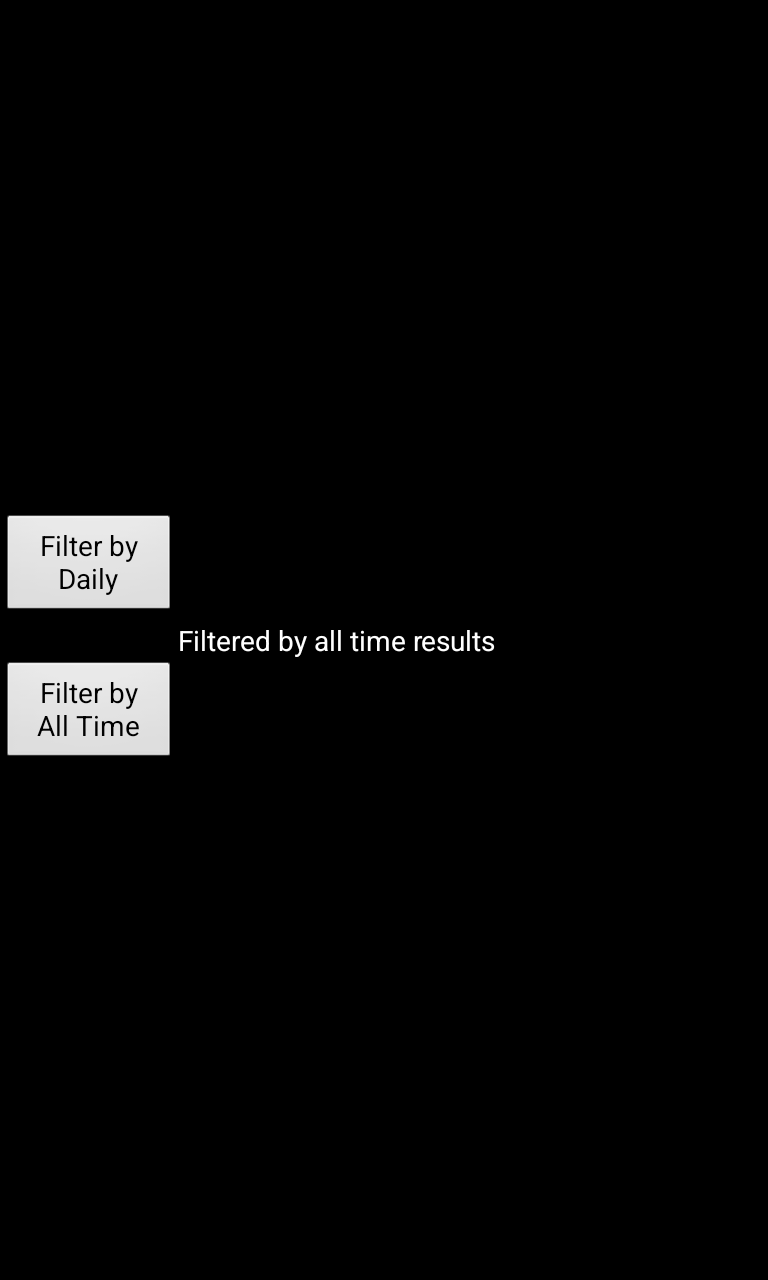
Repository: valleskeyp/IADHub
Layout: MGDGame-android/res/layout/main.xml
These files come from the project's save history. The layout is drawn as it stood at one moment and after the next save; the edit follows.
It is drawn on a 768 x 1280 px phone screen (xhdpi) without system bars, with theme android:Theme.NoTitleBar.Fullscreen; the app's code is not run. Lists and similar views that code fills are empty.

Above is the layout before, as saved 2013-08-01 16:00:18.

### MGDGame-android/res/layout/main.xml
<?xml version="1.0" encoding="utf-8"?>
<LinearLayout xmlns:android="http://schemas.android.com/apk/res/android"
    android:layout_width="fill_parent"
    android:layout_height="fill_parent"
    android:orientation="horizontal"
    android:background="@android:color/black" >

	<LinearLayout
	    android:layout_width="wrap_content"
	    android:layout_height="wrap_content"
	    android:orientation="vertical"
	    android:layout_gravity="center_vertical" >

	    <Button
	        android:id="@+id/filterDay"
	        android:layout_marginBottom="20dp"
	        android:layout_width="89dp"
	        android:layout_height="wrap_content"
	        android:text="Filter by Daily" />

	    <Button
	        android:id="@+id/filterAll"
	        android:layout_width="89dp"
	        android:layout_height="wrap_content"
	        android:text="Filter by All Time" />
	</LinearLayout>

	<LinearLayout
	    android:layout_width="wrap_content"
	    android:layout_height="wrap_content"
	    android:orientation="vertical"
	    android:layout_gravity="center_vertical" >
	    <TextView
            android:id="@+id/filterModeText"
            android:layout_width="match_parent"
            android:layout_height="wrap_content"
            android:text="Filtered by all time results"
            android:textColor="@android:color/white" />

        <LinearLayout
            android:layout_width="wrap_content"
            android:layout_height="wrap_content"
            android:background="@android:color/holo_blue_dark" >

            <ListView
                android:id="@+id/list_scores"
                android:layout_width="match_parent"
                android:layout_height="wrap_content"
                android:listSelector="@android:color/transparent"
				android:cacheColorHint="@android:color/transparent" >
            </ListView>
        </LinearLayout>

	</LinearLayout>

</LinearLayout>

After the next save:
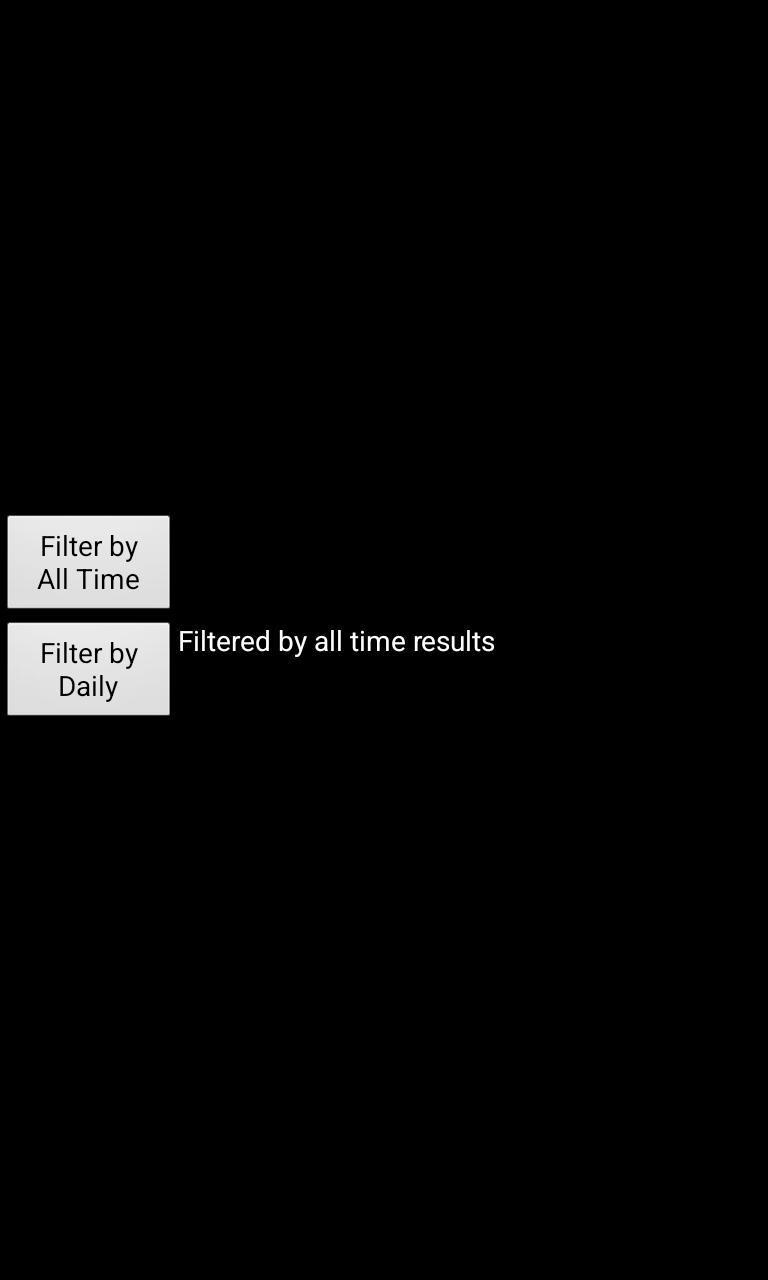
Saved 86 s later.
--- a/MGDGame-android/res/layout/main.xml
+++ b/MGDGame-android/res/layout/main.xml
@@ -12,17 +12,17 @@
 	    android:layout_gravity="center_vertical" >
 
 	    <Button
+	        android:id="@+id/filterAll"
+	        android:layout_width="89dp"
+	        android:layout_height="wrap_content"
+	        android:text="Filter by All Time" />
+
+	    <Button
 	        android:id="@+id/filterDay"
 	        android:layout_marginBottom="20dp"
 	        android:layout_width="89dp"
 	        android:layout_height="wrap_content"
 	        android:text="Filter by Daily" />
-
-	    <Button
-	        android:id="@+id/filterAll"
-	        android:layout_width="89dp"
-	        android:layout_height="wrap_content"
-	        android:text="Filter by All Time" />
 	</LinearLayout>
 
 	<LinearLayout
